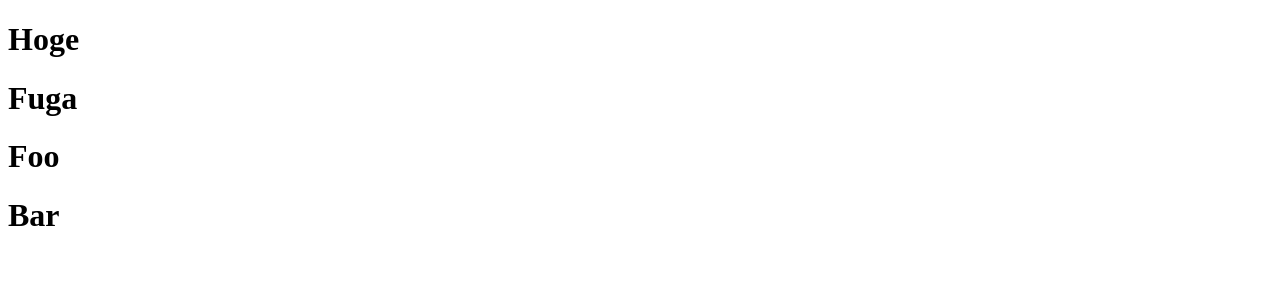
Repository: IkutoHiroki/samurai_HTML_CSS
Page: home5.html
The author's editor kept a record of every edit. The page is drawn from the files as they stood at one moment, then again after the next edit.
The browser window is 1280 px wide. The pictures show the whole page.

Above is the page before.

After the next edit:
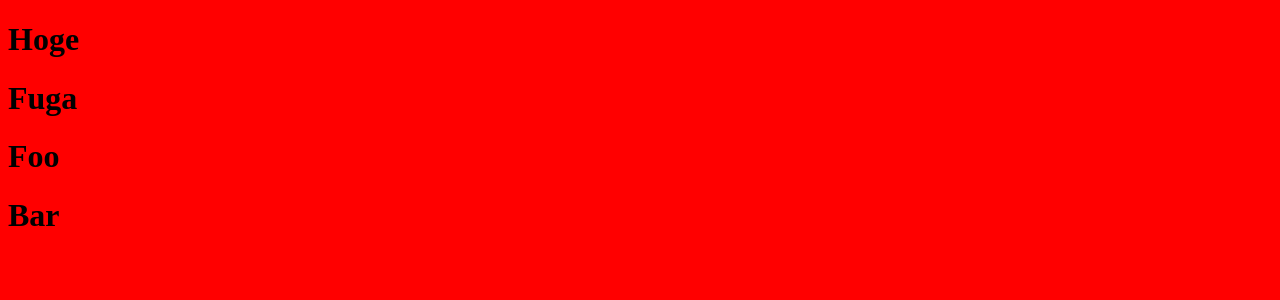
The edit:
--- a/home5.html
+++ b/home5.html
@@ -6,7 +6,7 @@
     <title>HTML/CSS</title>
     <style>
         :root{
-            bnackground-color:red;
+            background-color:red;
         }
     </style>
 
